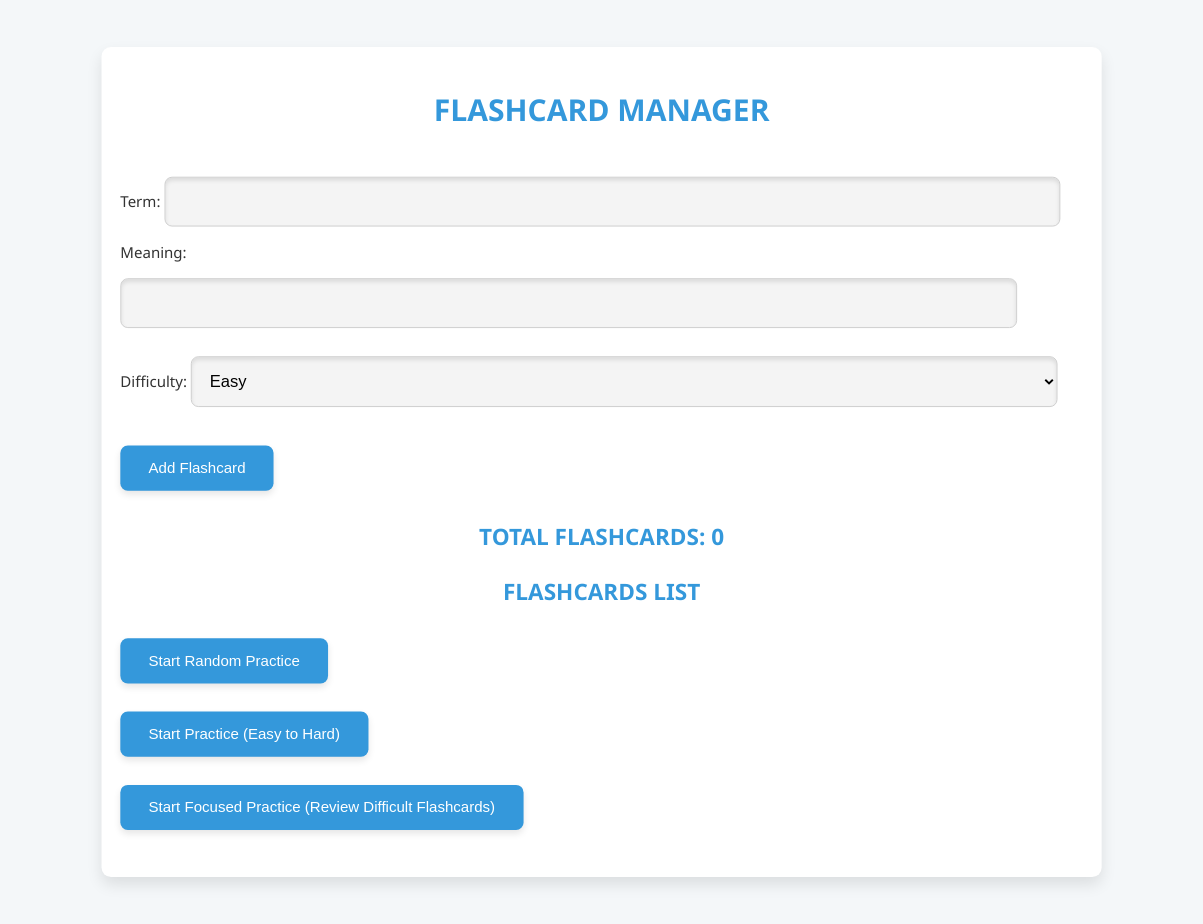
Repository: Oriyin/Algorithm_StudyHelper
Page: http://localhost/flashcards
The author's editor kept a copy of each file at every save. The page is drawn from the files as they stood at one save, then again after the next save.
The browser window is 1280 px wide. The pictures show the whole page, at 94% of full size.
The page is served by the project's application, run on Flask 3 (backend/app.py). Other server files are loaded and not shown.

Above is the page before, as saved 2024-10-11 14:28:00.

### templates/flashcards.html
<!DOCTYPE html>
<html lang="en">
<head>
    <meta charset="UTF-8">
    <meta name="viewport" content="width=device-width, initial-scale=1.0">
    <title>Flashcards</title>
    <!-- ลิงก์ไฟล์ CSS -->
    <link rel="stylesheet" type="text/css" href="{{ url_for('static', filename='flashstyle.css') }}">
</head>
<body>
    <div class="container">
        <h1>Flashcard Manager</h1>

        <!-- Form สำหรับการเพิ่ม flashcard -->
        <form method="POST" action="{{ url_for('manage_flashcards') }}">
            <label for="term">Term:</label>
            <input type="text" name="term" id="term" required><br>

            <label for="meaning">Meaning:</label>
            <input type="text" name="meaning" id="meaning" required><br>

            <!-- Dropdown for selecting difficulty -->
            <label for="difficulty">Difficulty:</label>
            <select name="difficulty" id="difficulty" required>
                <option value="Easy">Easy</option>
                <option value="Medium">Medium</option>
                <option value="Hard">Hard</option>
            </select><br><br>

            <button type="submit">Add Flashcard</button>
        </form>

        <!-- Display total number of flashcards -->
        <h2>Total Flashcards: {{ flashcards|length }}</h2>

        <h2>Flashcards List</h2>
        <ul>
            {% for flashcard in flashcards %}
                <li>{{ flashcard.term }} - {{ flashcard.meaning }} ({{ flashcard.difficulty }})</li>
            {% endfor %}
        </ul>

        <!-- Button to start random practice -->
        <form method="GET" action="{{ url_for('start_practice') }}">
            <button type="submit">Start Random Practice</button>
        </form>

        <!-- Button to start practice sorted by difficulty -->
        <form method="GET" action="{{ url_for('start_practice_by_difficulty') }}">
            <button type="submit">Start Practice (Easy to Hard)</button>
        </form>

        <!-- Button to start reviewing flashcards that need more practice (incorrect_count > 2) -->
        <form method="GET" action="{{ url_for('start_focused_practice') }}">
            <button type="submit">Start Focused Practice (Review Difficult Flashcards)</button>
        </form>
    </div>
</body>
</html>

### backend/app.py
# app.py

from flask import Flask, request, render_template, redirect, url_for
from algorithm import *

# Initialize the Flask application and specify the template folder
app = Flask(__name__, template_folder="../templates")

# Global variables for storing tasks and notes temporarily
tasks = []
notes = []
task_counter = 0  # A counter to uniquely identify each task

# Route for the home page
@app.route('/')
def home():
    return render_template('index.html')

# Route for managing tasks
@app.route('/tasks', methods=['GET', 'POST'])
def manage_tasks():
    global tasks, task_counter
    if request.method == 'POST':
        task_name = request.form.get('task_name')
        task_description = request.form.get('task_description')
        due_date = request.form.get('due_date')
        priority = int(request.form.get('priority'))

        if task_name and task_description and due_date:
            task_counter += 1  # Increment task counter for each new task
            tasks.append({
                'id': task_counter,  # Assign unique ID to each task
                'name': task_name,
                'description': task_description,
                'dueDate': due_date,
                'priority': priority,
                'completed': False
            })

            # Sort tasks by due date immediately (excluding completed tasks) using Insertion Sort
            tasks = insertion_sort([task for task in tasks if not task['completed']], 'dueDate') + [task for task in tasks if task['completed']]

            print("Updated tasks list:")
            print(tasks)

    todo_tasks = [task for task in tasks if not task['completed']]
    done_tasks = [task for task in tasks if task['completed']]

    return render_template('tasks.html', todo_tasks=todo_tasks, done_tasks=done_tasks, enumerate=enumerate)

# Route for managing notes
@app.route('/notes', methods=['GET', 'POST'])
def manage_notes():
    global notes
    if request.method == 'POST':
        note_title = request.form.get('note_title')
        note_content = request.form.get('note_content')

        if note_title and note_content:
            notes.append({
                'title': note_title,
                'content': note_content
            })
            print("Updated notes list:")
            print(notes)

    return render_template('notes.html', notes=notes, enumerate=enumerate)

# Route to edit a specific note by index
@app.route('/edit_note/<int:index>', methods=['POST'])
def edit_note(index):
    global notes
    new_title = request.form.get('edit_note_title')
    new_content = request.form.get('edit_note_content')

    if new_title and new_content:
        # Update the note with new values
        notes[index]['title'] = new_title
        notes[index]['content'] = new_content
        print("Updated notes list:")
        print(notes)

    return redirect(url_for('manage_notes'))

# Route to delete a specific note by index
@app.route('/delete_note/<int:index>', methods=['POST'])
def delete_note(index):
    global notes
    if index < len(notes):
        notes.pop(index)
        print("Updated notes list:")
        print(notes)
    return redirect(url_for('manage_notes'))

# Route to search through notes using a case-insensitive search with highlighted results
@app.route('/search_notes', methods=['POST'])
def search_notes():
    global notes
    search_pattern = request.form.get('search_pattern').lower()  # Make the search pattern lowercase
    search_results = []

    # Perform case-insensitive search on each note's title and content using naive string search
    for index, note in enumerate(notes):
        title = note['title']
        content = note['content']
        highlighted_content = content

        # Use naive string search to find matches (case-insensitive)
        matches = naive_string_search(content.lower(), search_pattern)  # Perform the search on lowercase text

        # If matches are found, highlight them in the content
        if matches:
            for match_index in matches:
                # Highlight the matched text using HTML <mark> tag
                match = content[match_index:match_index + len(search_pattern)]
                highlighted_content = highlighted_content.replace(match, f"<mark>{match}</mark>")
            search_results.append({
                'index': index,
                'title': title,
                'highlighted_content': highlighted_content
            })

    # If no matches are found, set a message to be displayed
    no_match_message = None
    if not search_results:
        no_match_message = "Don't have any file that match with finding word."

    return render_template('notes.html', notes=notes, search_results=search_results, no_match_message=no_match_message, search_pattern=search_pattern, enumerate=enumerate)

# Route to edit a specific task by index
@app.route('/edit_task/<int:index>', methods=['POST'])
def edit_task(index):
    global tasks
    new_name = request.form.get('edit_name')
    new_description = request.form.get('edit_description')
    new_due_date = request.form.get('edit_due_date')
    new_priority = int(request.form.get('edit_priority'))

    if new_name and new_description and new_due_date:
        # Update the task with new values
        tasks[index]['name'] = new_name
        tasks[index]['description'] = new_description
        tasks[index]['dueDate'] = new_due_date
        tasks[index]['priority'] = new_priority
        print("Updated tasks list:")
        print(tasks)

    # Re-sort tasks by due date immediately after editing using Insertion Sort
    tasks = insertion_sort([task for task in tasks if not task['completed']], 'dueDate') + [task for task in tasks if task['completed']]

    return redirect(url_for('manage_tasks'))

# Route to toggle a task's completion status using its unique ID
@app.route('/toggle_completed/<int:task_id>', methods=['POST'])
def toggle_completed(task_id):
    global tasks
    for task in tasks:
        if task['id'] == task_id:
            task['completed'] = not task['completed']
            print("Updated tasks list:")
            print(tasks)
            break
    # Re-sort the tasks to ensure they are in the correct order
    tasks = insertion_sort([task for task in tasks if not task['completed']], 'dueDate') + [task for task in tasks if task['completed']]
    return redirect(url_for('manage_tasks'))

# Route to delete a task by its unique ID
@app.route('/delete_task/<int:task_id>', methods=['POST'])
def delete_task(task_id):
    global tasks
    tasks = [task for task in tasks if task['id'] != task_id]
    print("Updated tasks list:")
    print(tasks)
    return redirect(url_for('manage_tasks'))

# Route to sort tasks by due date using Merge Sort
@app.route('/sort_by_due_date', methods=['POST'])
def sort_by_due_date():
    global tasks
    incomplete_tasks = [task for task in tasks if not task['completed']]
    # Use merge_sort to sort the incomplete tasks by 'dueDate'
    tasks = merge_sort(incomplete_tasks, 'dueDate') + [task for task in tasks if task['completed']]
    print("Updated tasks list:")
    print(tasks)
    return redirect(url_for('manage_tasks'))

# Route to sort tasks by priority
@app.route('/sort_by_priority', methods=['POST'])
def sort_by_priority():
    global tasks
    incomplete_tasks = [task for task in tasks if not task['completed']]
    tasks = counting_sort(incomplete_tasks, 'priority') + [task for task in tasks if task['completed']]
    print("Updated tasks list:")
    print(tasks)
    return redirect(url_for('manage_tasks'))

# Route to sort tasks by both due date and priority
@app.route('/sort_by_both', methods=['POST'])
def sort_by_both():
    global tasks
    incomplete_tasks = [task for task in tasks if not task['completed']]
    tasks = heap_sort(incomplete_tasks, 'dueDate', 'priority') + [task for task in tasks if task['completed']]
    print("Updated tasks list:")
    print(tasks)
    return redirect(url_for('manage_tasks'))

# Global variable to store flashcards
flashcards = []

@app.route('/flashcards', methods=['GET', 'POST'])
def manage_flashcards():
    global flashcards
    if request.method == 'POST':
        term = request.form.get('term')
        meaning = request.form.get('meaning')
        difficulty = request.form.get('difficulty')  # Capture the difficulty level

        # Create a new flashcard with 'incorrect_count' initialized to 0 and difficulty level
        new_flashcard = {'term': term, 'meaning': meaning, 'difficulty': difficulty, 'incorrect_count': 0}

        # Use the uniqueness testing function to avoid duplicates
        if uniqueness_testing(flashcards, new_flashcard):
            print("Flashcard added successfully!")
        else:
            print("Duplicate term found! Flashcard not added.")

    # Render the flashcards page with the flashcards list and total number
    return render_template('flashcards.html', flashcards=flashcards, enumerate=enumerate)

# Route to start flashcard practice (randomizes flashcards before starting)
@app.route('/start_practice', methods=['GET'])
def start_practice():
    global flashcards
    # Randomize flashcards before starting practice
    flashcards = random_flashcards(flashcards)
    return redirect(url_for('practice_flashcard', index=0))

@app.route('/practice_flashcard/<int:index>', methods=['GET', 'POST'])
def practice_flashcard(index):
    global flashcards
    if index >= len(flashcards):
        # If the index is out of range, redirect to the practice completion page
        return redirect(url_for('practice_completed'))

    if request.method == 'POST':
        # Check if the answer was correct or not
        is_correct = request.form.get('is_correct') == 'true'
        if not is_correct:
            flashcards[index]['incorrect_count'] += 1

        # Move to the next flashcard
        next_index = index + 1
        if next_index < len(flashcards):
            return redirect(url_for('practice_flashcard', index=next_index))
        else:
            return redirect(url_for('practice_completed'))

    # Render the current flashcard for practice
    flashcard = flashcards[index]
    return render_template('practice_flashcard.html', flashcard=flashcard, index=index)

@app.route('/practice_completed')
def practice_completed():
    global flashcards

    # Group flashcards based on incorrect_count
    low_threshold = 1
    grouped_flashcards = divide_and_conquer_flashcards(flashcards, low_threshold)

    # Separate correct and incorrect flashcards for the result page
    correct_flashcards = [fc for fc in grouped_flashcards if fc['incorrect_count'] == 0]
    incorrect_flashcards = [fc for fc in grouped_flashcards if fc['incorrect_count'] > 0]

    # Show the result in terms of high-priority (incorrect more often) and low-priority flashcards
    return render_template('practice_completed.html', correct_flashcards=correct_flashcards, incorrect_flashcards=incorrect_flashcards)

@app.route('/practice_again_random', methods=['GET'])
def practice_again_random():
    global flashcards
    flashcards = random_flashcards(flashcards)  # แบบสุ่มสำหรับ practice
    print("Flashcards randomized")
    return redirect(url_for('practice_flashcard', index=0))

@app.route('/practice_again_easy_to_hard', methods=['GET'])
def practice_again_easy_to_hard():
    global flashcards
    flashcards = counting_sortflash(flashcards, 'difficulty')  # เรียงจากง่ายไปยาก
    print("Flashcards sorted from Easy to Hard")
    return redirect(url_for('practice_flashcard', index=0))

@app.route('/start_practice_by_difficulty', methods=['GET'])
def start_practice_by_difficulty():
    global flashcards

    if len(flashcards) == 0:
        # Redirect to the flashcards management page if there are no flashcards
        return redirect(url_for('manage_flashcards'))

    # Sort flashcards by difficulty in the order of Easy -> Medium -> Hard
    flashcards = counting_sortflash(flashcards, 'difficulty')

    return redirect(url_for('practice_flashcard', index=0))

@app.route('/start_focused_practice', methods=['GET'])
def start_focused_practice():
    global flashcards, flashcards_to_practice

    # Filter flashcards where incorrect_count > 2
    flashcards_to_practice = [fc for fc in flashcards if fc['incorrect_count'] > 2]

    # ตรวจสอบว่ามี flashcards ที่จะฝึกไหม
    if len(flashcards_to_practice) == 0:
        # ถ้าไม่มี flashcards ที่ผิดเกิน 2 ครั้ง ให้กลับไปยังหน้า flashcard management
        return redirect(url_for('manage_flashcards'))

    # Start practice with the filtered flashcards
    return redirect(url_for('practice_focused_flashcards', index=0))

@app.route('/practice_focused_flashcards/<int:index>', methods=['GET', 'POST'])
def practice_focused_flashcards(index):
    global flashcards_to_practice

    if index >= len(flashcards_to_practice):
        # If all flashcards are practiced, go to the completion page
        return redirect(url_for('focused_practice_completed'))

    if request.method == 'POST':
        # Check if the user answered the flashcard correctly
        is_correct = request.form.get('is_correct') == 'true'
        if is_correct:
            # Only remove the flashcard if it was answered correctly
            flashcards_to_practice.pop(index)

        # After removing or marking the flashcard, adjust index if necessary
        if len(flashcards_to_practice) > 0 and index >= len(flashcards_to_practice):
            index = len(flashcards_to_practice) - 1

        # If no flashcards remain, go to the completion page
        if len(flashcards_to_practice) == 0:
            return redirect(url_for('focused_practice_completed'))

        # After the user answers, redirect to the next flashcard
        return redirect(url_for('practice_focused_flashcards', index=index))

    # Display the current flashcard for practice
    flashcard = flashcards_to_practice[index]
    return render_template('practice_focused_flashcards.html', flashcard=flashcard, index=index)

@app.route('/focused_practice_completed')
def focused_practice_completed():
    global flashcards_to_practice, flashcards

    # Calculate how many flashcards are left to review
    flashcards_left = len(flashcards_to_practice)

    # If practice is completed (no more flashcards left to review), reset incorrect_count to 0 for all flashcards
    if flashcards_left == 0:
        for fc in flashcards:
            fc['incorrect_count'] = 0  # Reset incorrect_count to 0 for all flashcards

    # Render the result page and pass flashcards_left to the template
    return render_template('focused_practice_completed.html', flashcards_left=flashcards_left)

# Run the Flask server
if __name__ == "__main__":
    app.run(debug=True)
    print(tasks)
    print(notes)

### backend/static/flashstyle.css
/* General Styles */
body, html {
    margin: 0;
    padding: 0;
    font-family: 'Segoe UI', Tahoma, Geneva, Verdana, sans-serif;
    background-color: #f4f7f9;
    color: #333;
    line-height: 1.6;
}

.container {
    width: 80%;
    max-width: 1200px;
    margin: 50px auto;
    text-align: center;
    padding: 20px;
    background-color: white;
    border-radius: 10px;
    box-shadow: 0 8px 16px rgba(0, 0, 0, 0.1);
}

/* Title Styling */
h1, h2 {
    color: #3498db;
    font-weight: 600;
    text-transform: uppercase;
    margin-bottom: 20px;
}

h1 {
    font-size: 2em;
}

h2 {
    font-size: 1.5em;
    margin-top: 20px;
}

/* Flashcard Form Styles */
form {
    margin: 30px 0;
    text-align: left;
}

input, select {
    width: 90%;
    padding: 15px;
    margin: 15px 0;
    border: 1px solid #ccc;
    border-radius: 8px;
    font-size: 1.1em;
    background-color: #f4f4f4;
    box-shadow: inset 0 3px 5px rgba(0, 0, 0, 0.1);
    transition: border-color 0.3s ease;
}

input:focus, select:focus {
    border-color: #3498db;
    outline: none;
}

button {
    padding: 15px 30px;
    font-size: 1em;
    border: none;
    background-color: #3498db;
    color: white;
    border-radius: 8px;
    cursor: pointer;
    transition: background-color 0.3s ease, box-shadow 0.3s ease;
    box-shadow: 0 4px 8px rgba(0, 0, 0, 0.1);
}

button:hover {
    background-color: #2980b9;
    box-shadow: 0 6px 12px rgba(0, 0, 0, 0.2);
}

/* Flashcards List */
.task-columns {
    display: flex;
    justify-content: center;
    flex-wrap: wrap;
}

.todo-column {
    width: 100%;
    background-color: #ecf0f1;
    padding: 25px;
    margin: 20px 0;
    border-radius: 10px;
    box-shadow: 0 8px 16px rgba(0, 0, 0, 0.1);
}

li {
    list-style: none;
    padding: 15px;
    border-bottom: 1px solid #ccc;
    margin: 10px 0;
    font-size: 1.1em;
    color: #2c3e50;
    transition: background-color 0.3s ease;
}

li:last-child {
    border-bottom: none;
}

li strong {
    font-weight: bold;
    color: #2c3e50;
}

li:hover {
    background-color: #d5eaf7;
    border-radius: 5px;
}

/* Button Styles */
.btn {
    background-color: #3498db;
    color: white;
    padding: 12px 30px;
    text-decoration: none;
    border-radius: 8px;
    margin: 10px;
    display: inline-block;
    transition: background-color 0.3s ease, box-shadow 0.3s ease;
    font-size: 1em;
    box-shadow: 0 4px 8px rgba(0, 0, 0, 0.1);
}

.btn:hover {
    background-color: #1abc9c;
    box-shadow: 0 6px 12px rgba(0, 0, 0, 0.2);
}

/* Container for buttons */
.button-container {
    margin: 30px 0;
    display: flex;
    justify-content: center;
    gap: 20px;
}

/* Responsiveness */
@media (max-width: 768px) {
    .container {
        width: 95%;
    }

    button {
        padding: 12px 20px;
        font-size: 1em;
    }

    li {
        font-size: 1em;
    }
}

After the next save:
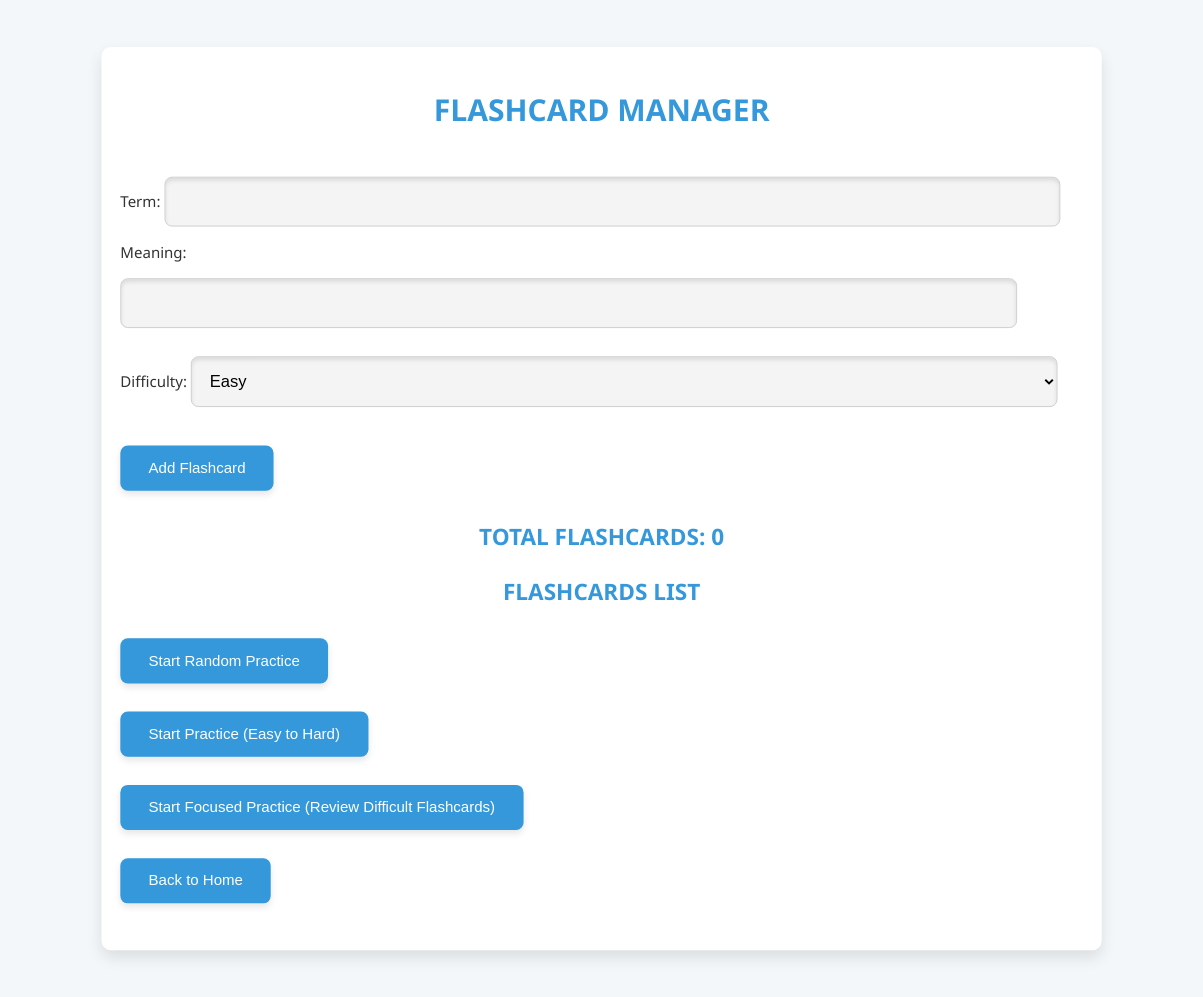
Saved 6 min 33 s later.
--- a/templates/flashcards.html
+++ b/templates/flashcards.html
@@ -54,6 +54,11 @@
         <form method="GET" action="{{ url_for('start_focused_practice') }}">
             <button type="submit">Start Focused Practice (Review Difficult Flashcards)</button>
         </form>
+
+        <!-- Button to go back to the home page -->
+        <form method="GET" action="{{ url_for('home') }}">
+            <button type="submit">Back to Home</button>
+        </form>
     </div>
 </body>
 </html>
